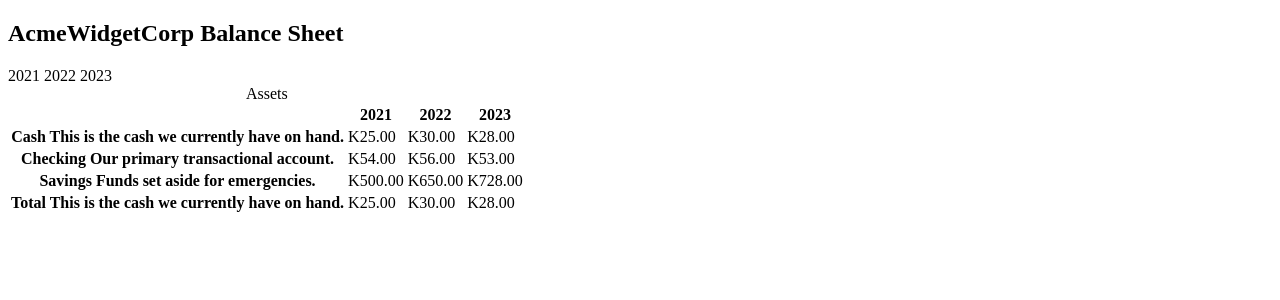
Repository: Lungdjos/balance_shee
Page: index.html
The author's editor kept a copy of each file at every save. The page is drawn from the files as they stood at one save, then again after the next save.
The browser window is 1280 px wide. The pictures show the whole page.

Above is the page before, as saved 2023-10-31 08:56:53.

### index.html
<!DOCTYPE html>
<html lang="en">

<head>
    <meta charset="UTF-8">
    <meta name="viewport" content="width=device-width, initial-scale=1.0">
    <title>Balance Sheet</title>
    <link rel="stylesheet" href="styles.css">
</head>

<body>
    <main>
        <section>
            <h1>
                <span class="flex">
                <span>AcmeWidgetCorp</span>
                <span>Balance Sheet</span>
                </span>
            </h1>
            <div id="years" aria-hidden="true">
                <span class="year">2021</span>
                <span class="year">2022</span>
                <span class="year">2023</span>
            </div>
            <div class="table-wrap">
                <table>
                    <caption>Assets</caption>
                    <thead>
                        <tr>
                            <td></td>
                            <th><span class="sr-only year">2021</span></th>
                            <th><span class="sr-only year">2022</span></th>
                            <th class="current"><span class="current">2023</span></th>
                        </tr>
                    </thead>
                    <tbody>
                        <tr class="data">
                            <th>
                                Cash <span class="description">This is the cash we currently have on hand.</span>
                            </th>
                            <td>K25.00</td>
                            <td>K30.00</td>
                            <td class="current">K28.00</td>
                        </tr>
                        <tr class="data">
                            <th>
                                Checking <span class="description">Our primary transactional account.</span>
                            </th>
                            <td>K54.00</td>
                            <td>K56.00</td>
                            <td class="current">K53.00</td>
                        </tr>
                        <tr class="data">
                            <th>
                                Savings <span class="description">Funds set aside for emergencies.</span>
                            </th>
                            <td>K500.00</td>
                            <td>K650.00</td>
                            <td class="current">K728.00</td>
                        </tr>
                        <tr class="total">
                            <th>
                                Total <span class="sr-only">This is the cash we currently have on hand.</span>
                            </th>
                            <td>K25.00</td>
                            <td>K30.00</td>
                            <td class="current">K28.00</td>
                        </tr>
                    </tbody>
                </table>
                <table></table>
                <table></table>
            </div>
        </section>
    </main>
</body>

</html>

</html>

Loaded but not shown: styles.css (no copy from this time; the picture is the same without it)

After the next save:
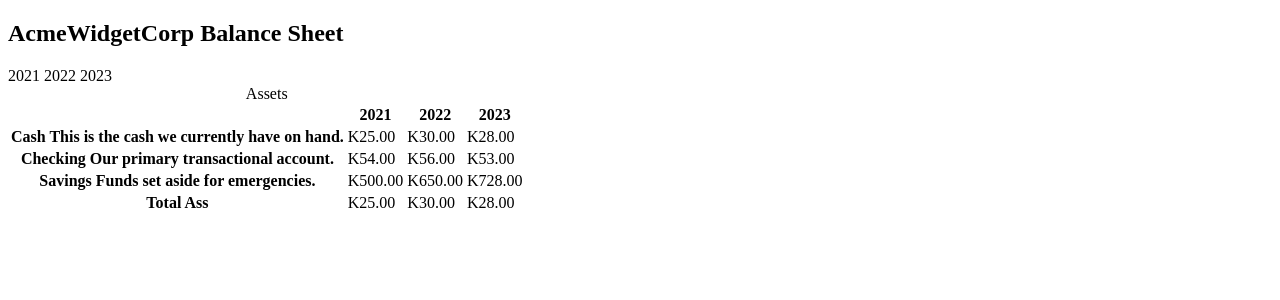
Saved 7 s later.
--- a/index.html
+++ b/index.html
@@ -60,7 +60,7 @@
                         </tr>
                         <tr class="total">
                             <th>
-                                Total <span class="sr-only">This is the cash we currently have on hand.</span>
+                                Total <span class="sr-only">Ass</span>
                             </th>
                             <td>K25.00</td>
                             <td>K30.00</td>
